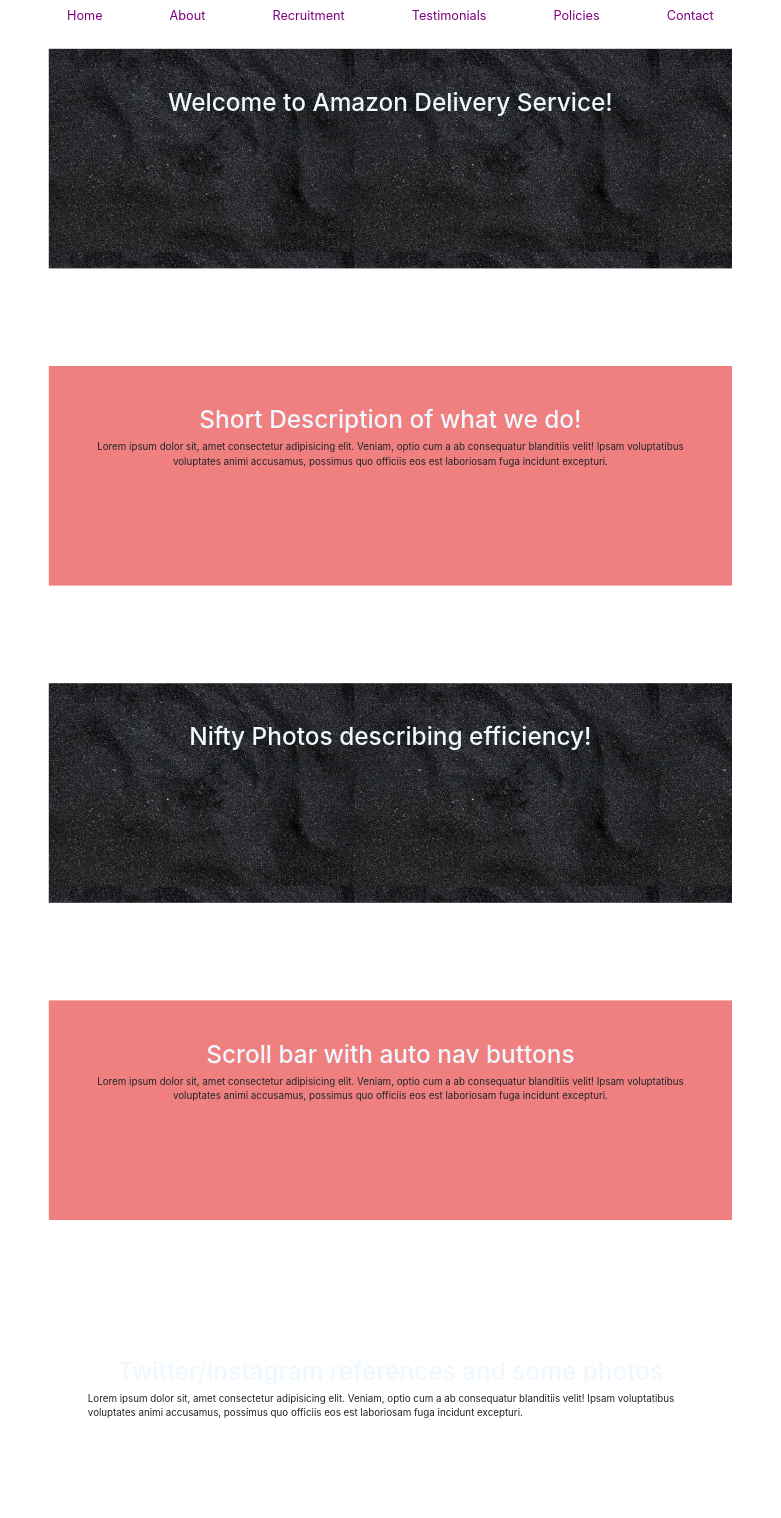
Repository: cerebrium/website
Page: /
These files come from the project's save history. The page is drawn as it stood at one moment and after the next save; the edit follows.
The browser window is 1280 px wide. The pictures show the whole page, at 61% of full size.
The project was rebuilt for these pictures with package versions that can differ from the ones it lists, and the page was loaded fresh each time. Also part of the build but not shown: src/Routes/About.jsx, src/Routes/Recruitment.jsx, src/Routes/Testimonials.jsx, src/Routes/Policies.jsx, src/Routes/Contact.jsx.

Above is the page before, as saved 2019-11-02 13:06:03.

### src/App.jsx
import React from 'react';
import './styles/App.css'
import {
  BrowserRouter as Router,
  Route,
  Link
} from 'react-router-dom';
import About from './Routes/About'
import Recruitment from './Routes/Recruitment'
import Testimonials from './Routes/Testimonials'
import Policies from './Routes/Policies'
import Home from './Routes/Home'
import Contact from './Routes/Contact'

class App extends React.Component {
  render () {
    return (
      <Router>
        <div className='mainContainer'>
          <div className='navContainer'>
            <div><Link to='/' className='nav'>Home</Link></div><div><Link to='/about' className='nav'>About</Link></div><div><Link to='/recruitment' className='nav'>Recruitment</Link></div><div><Link to='/testimonials' className='nav'>Testimonials</Link></div><div><Link to='/policies' className='nav'>Policies</Link></div><div><Link to='/contact'className='nav'>Contact</Link></div>
          </div>
          <Route exact path='/' component={Home}/>
          <Route exact path='/about' component={About}/>
          <Route exact path='/recruitment' component={Recruitment}/>
          <Route exact path='/testimonials' component={Testimonials}/>
          <Route exact path='/policies' component={Policies}/>
          <Route exact path='/contact' component={Contact}/>
        </div>
      </Router>
    )
  }
}

export default App;

### src/styles/App.css

/***************************** MAIN APP STYLING ******************************/

.App {
  text-align: center;
}

.mainContainer {
  min-width: 100vw;
}

.navContainer {
  z-index: 1;
  display: flex;
  flex-flow: row;
  align-items: center;
  justify-content: space-evenly;
  position: fixed; /* Make it stick, even on scroll */
  width: 100%;
  margin: 0;
  padding: 0;
  height: 7%;
  background: white;
}

.nav {
  text-decoration: none;
  color: purple;
  font-size: 1.3em;
}

/***************************** HOME APP STYLING ******************************/
.rowCentering {
  display: flex;
  justify-content: center;
  width: 100%;
  height: 100%;
}

.contentCentering {
  display: flex;
  align-items: flex-start;
  flex-flow: column;
  border: 5em;
  padding: 4em;
  margin: 5em;
  width: 100%;
}

.contentBackground {
  height: 50vh;
  text-align: center;
  position: relative;
  width: 100%;
  background: lightcoral;
}

.pictureBackground {
  height: 50vh;
  text-align: center;
  position: relative;
  width: 100%;
  background-image: url('./slideOne.jpeg');
}
h1 {
  color: aliceblue;
  position: relative;
  text-align: center;
  width: 100%;
}

### src/Routes/Home.jsx
import React from 'react';
import '../styles/App.css';

class Home extends React.Component {
    render () {
        return (
            <div className='mainContainer'>
                <div className='rowCentering'>
                    <div className='contentCentering pictureBackground'>
                        <h1>Welcome to Amazon Delivery Service!</h1>
                        <p>Lorem ipsum dolor sit, amet consectetur adipisicing elit. Veniam, optio cum a ab consequatur blanditiis velit! Ipsam voluptatibus voluptates animi accusamus, possimus quo officiis eos est laboriosam fuga incidunt excepturi.</p>
                    </div>
                </div>
                <div className='rowCentering'>
                    <div className='contentCentering contentBackground'>
                        <h1>Short Description of what we do!</h1>
                        <p>Lorem ipsum dolor sit, amet consectetur adipisicing elit. Veniam, optio cum a ab consequatur blanditiis velit! Ipsam voluptatibus voluptates animi accusamus, possimus quo officiis eos est laboriosam fuga incidunt excepturi.</p>
                    </div>
                </div>
                <div className='rowCentering'>
                    <div className='contentCentering pictureBackground'>
                        <h1>Nifty Photos describing efficiency!</h1>
                        <p>Lorem ipsum dolor sit, amet consectetur adipisicing elit. Veniam, optio cum a ab consequatur blanditiis velit! Ipsam voluptatibus voluptates animi accusamus, possimus quo officiis eos est laboriosam fuga incidunt excepturi.</p>
                    </div>
                </div>
                <div className='rowCentering'>
                    <div className='contentCentering contentBackground'>
                        <h1>Scroll bar with auto nav buttons</h1>
                        <p>Lorem ipsum dolor sit, amet consectetur adipisicing elit. Veniam, optio cum a ab consequatur blanditiis velit! Ipsam voluptatibus voluptates animi accusamus, possimus quo officiis eos est laboriosam fuga incidunt excepturi.</p>
                    </div>
                </div>
                <div className='rowCentering'>
                    <div className='contentCentering'>
                        <h1>Twitter/Instagram references and some photos</h1>
                        <p>Lorem ipsum dolor sit, amet consectetur adipisicing elit. Veniam, optio cum a ab consequatur blanditiis velit! Ipsam voluptatibus voluptates animi accusamus, possimus quo officiis eos est laboriosam fuga incidunt excepturi.</p>
                    </div>
                </div>
            </div>
        )
    }
}

export default Home;

Loaded but not shown: public/index.html (common file); src/index.js (common file); src/index.css (common file); src/serviceWorker.js (common file)

After the next save:
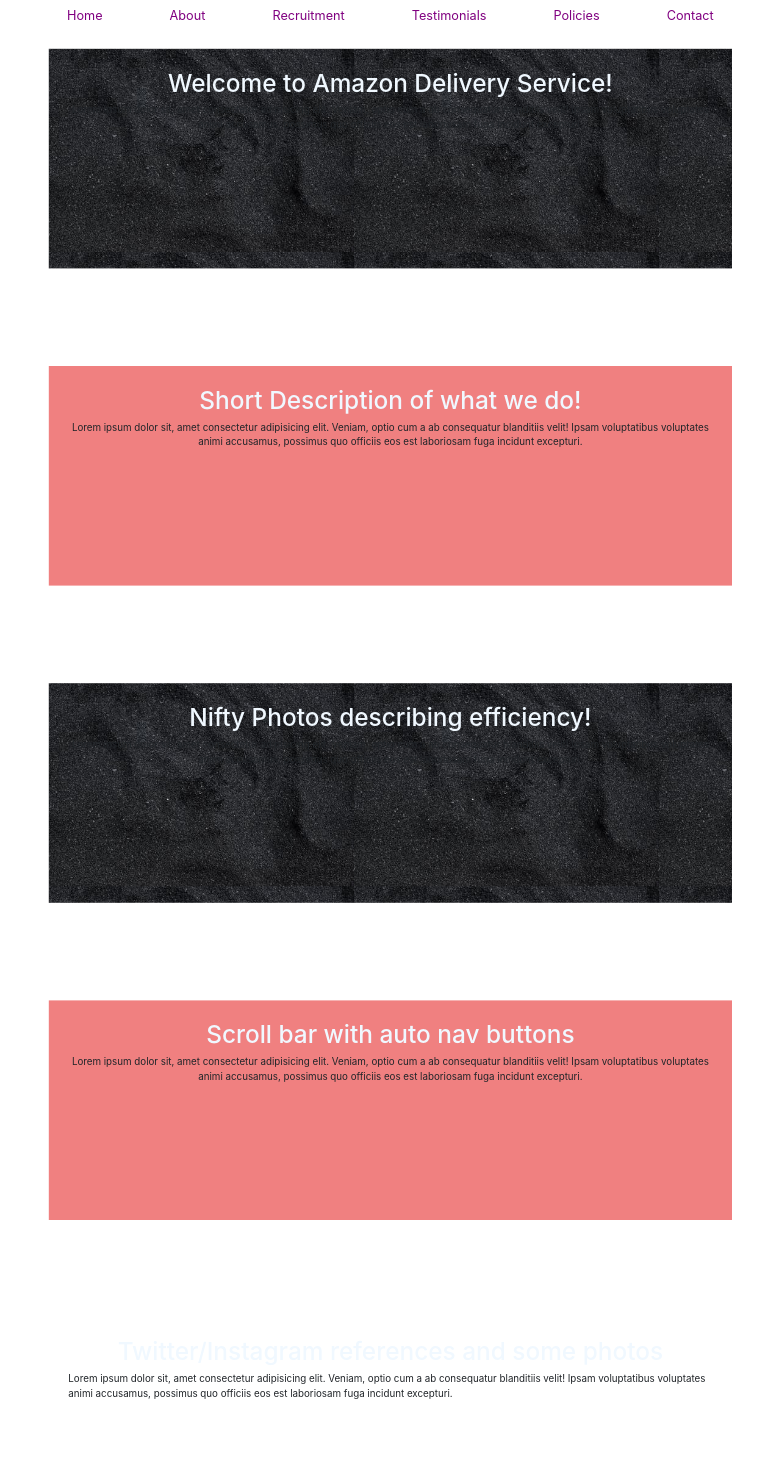
Saved 6 s later.
--- a/src/styles/App.css
+++ b/src/styles/App.css
@@ -42,7 +42,7 @@
   align-items: flex-start;
   flex-flow: column;
   border: 5em;
-  padding: 4em;
+  padding: 2em;
   margin: 5em;
   width: 100%;
 }
